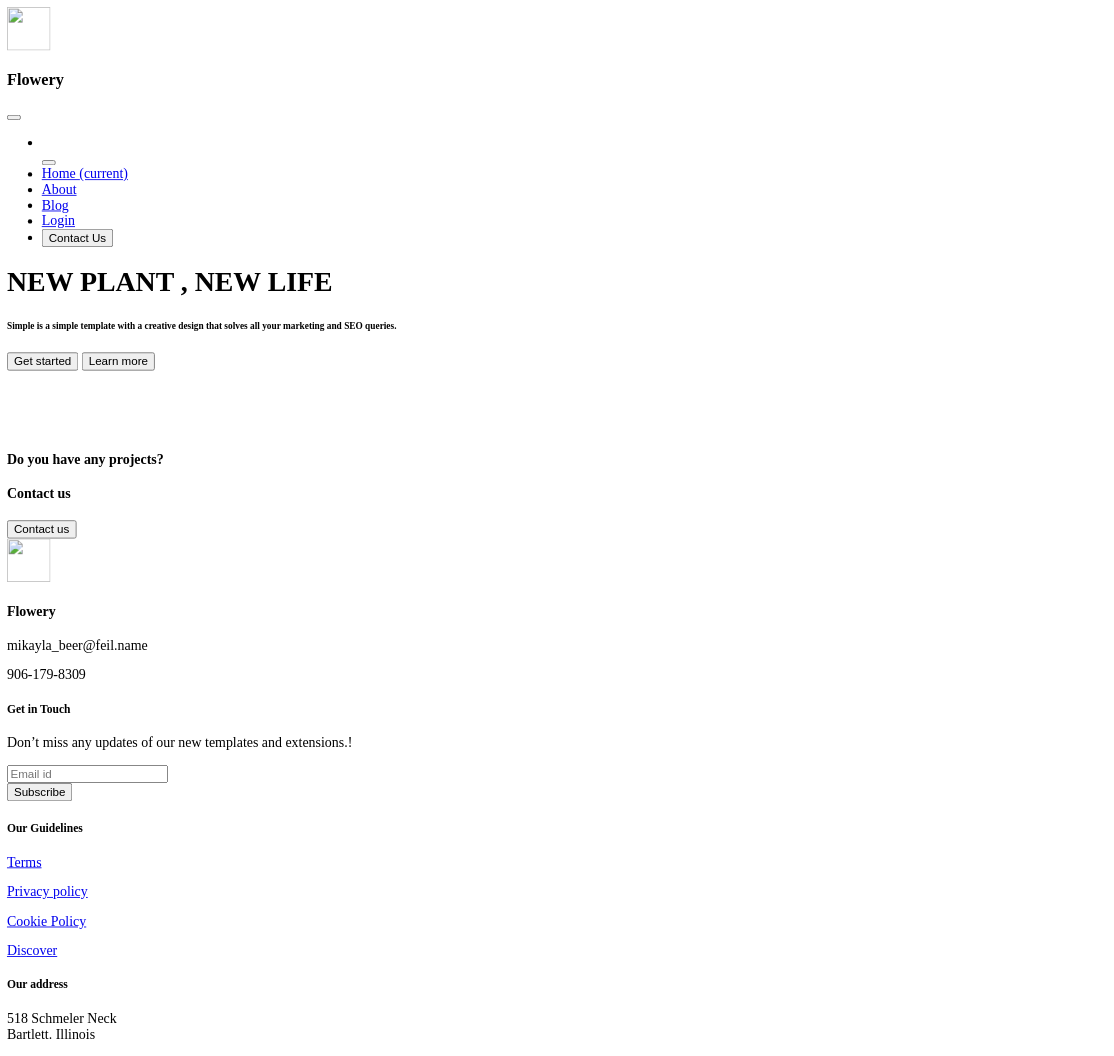
Repository: sara55m/Login
Page: http://localhost/welcome
The author's editor kept a copy of each file at every save. The page is drawn from the files as they stood at one save, then again after the next save.
The browser window is 1280 px wide. The pictures show the whole page, at 87% of full size.
The page is served by the project's Laravel application, run on PHP 8.4 with Laravel 10. Other server files are loaded and not shown.

Above is the page before, as saved 2024-03-03 22:23:06.

### routes/web.php
<?php

use Illuminate\Support\Facades\Route;
use App\Http\Controllers\RegisterController;
use App\Http\Controllers\LoginController;

/*
|--------------------------------------------------------------------------
| Web Routes
|--------------------------------------------------------------------------
|
| Here is where you can register web routes for your application. These
| routes are loaded by the RouteServiceProvider and all of them will
| be assigned to the "web" middleware group. Make something great!
|
*/

Route::get('/welcome', function () {
    return view('welcome');
});


Route::get('/register', [RegisterController::class,'create']);


Route::post('/register/store', [RegisterController::class,'store']);

Route::get('/login', [LoginController::class,'create']);

Route::post('/login/store', [LoginController::class,'store']);

### resources/views/welcome.blade.php
<!DOCTYPE html>
<html lang="en">
<head>
  <title>Simple landing page</title>
  <meta charset="UTF-8">
  <meta name="viewport" content="width=device-width, initial-scale=1.0">
  <meta http-equiv="X-UA-Compatible" content="ie=edge">
  {{-- <link rel="stylesheet" href="vendors/owl-carousel/css/owl.carousel.min.css">
  <link rel="stylesheet" href="vendors/owl-carousel/css/owl.theme.default.css">
  <link rel="stylesheet" href="vendors/mdi/css/materialdesignicons.min.css">
  <link rel="stylesheet" href="vendors/aos/css/aos.css"> --}}
  <link rel="stylesheet" href="css/style.min.css">
</head>
<body id="body" data-spy="scroll" data-target=".navbar" data-offset="100">
  <header id="header-section">
    <nav class="navbar navbar-expand-lg pl-3 pl-sm-0" id="navbar">
    <div class="container">
      <div class="navbar-brand-wrapper d-flex w-100">
        <img src="images/plant2.png" height="50" width="50"  alt="">
        <h3 class="nav-link">Flowery</h3>
        <button class="navbar-toggler ml-auto" type="button" data-toggle="collapse" data-target="#navbarSupportedContent" aria-controls="navbarSupportedContent" aria-expanded="false" aria-label="Toggle navigation">
          <span class="mdi mdi-menu navbar-toggler-icon"></span>
        </button>
      </div>
      <div class="collapse navbar-collapse navbar-menu-wrapper" id="navbarSupportedContent">
        <ul class="navbar-nav align-items-lg-center align-items-start ml-auto">
          <li class="d-flex align-items-center justify-content-between pl-4 pl-lg-0">
            <div class="navbar-collapse-logo">
              <img src="images/Group2.svg" alt="">
            </div>
            <button class="navbar-toggler close-button" type="button" data-toggle="collapse" data-target="#navbarSupportedContent" aria-controls="navbarSupportedContent" aria-expanded="false" aria-label="Toggle navigation">
              <span class="mdi mdi-close navbar-toggler-icon pl-5"></span>
            </button>
          </li>
          <li class="nav-item">
            <a class="nav-link" href="#header-section">Home <span class="sr-only">(current)</span></a>
          </li>
          <li class="nav-item">
            <a class="nav-link" href="#features-section">About</a>
          </li>
          <li class="nav-item">
            <a class="nav-link" href="#digital-marketing-section">Blog</a>
          </li>
          <li class="nav-item">
            <a class="nav-link" href="/login">Login</a>
          </li>
          <li class="nav-item btn-contact-us pl-4 pl-lg-0">
            <button class="btn btn-info" data-toggle="modal" data-target="#exampleModal">Contact Us</button>
          </li>
        </ul>
      </div>
    </div>
    </nav>
  </header>
  <div class="banner" >
    <div class="container">
      <h1 class="font-weight-semibold">NEW PLANT , NEW LIFE</h1>
      <h6 class="font-weight-normal text-muted pb-3">Simple is a simple template with a creative design that solves all your marketing and SEO queries.</h6>
      <div>
        <button class="btn btn-opacity-light mr-1">Get started</button>
        <button class="btn btn-opacity-success ml-1">Learn more</button>
      </div>
      <img src="images/Group171.svg" alt="" class="img-fluid">
    </div>
  </div>
  <br/>
  <br/>
  <br/>
  <div class="content-wrapper">
    <div class="container">
  <section class="contact-us" id="contact-section">
    <div class="contact-us-bgimage grid-margin" >
      <div class="pb-4">
        <h4 class="px-3 px-md-0 m-0" data-aos="fade-down">Do you have any projects?</h4>
        <h4 class="pt-1" data-aos="fade-down">Contact us</h4>
      </div>
      <div data-aos="fade-up">
        <button class="btn btn-rounded btn-outline-danger">Contact us</button>
      </div>
    </div>
  </section>

  <section class="contact-details" id="contact-details-section">
    <div class="row text-center text-md-left">
      <div class="col-12 col-md-6 col-lg-3 grid-margin ">
        <img src="images/plant2.png" height="50" width="50" alt="" class="pb-2">
        <h4 class="nav-link navbar-brand-wrapper d-flex">Flowery</h4>

        <div class="pt-2">

          <p class="text-muted m-0">mikayla_beer@feil.name</p>
          <p class="text-muted m-0">906-179-8309</p>
        </div>
      </div>
      <div class="col-12 col-md-6 col-lg-3 grid-margin">
        <h5 class="pb-2">Get in Touch</h5>
        <p class="text-muted">Don’t miss any updates of our new templates and extensions.!</p>
        <form>
          <input type="text" class="form-control" id="Email" placeholder="Email id">
        </form>
        <div class="pt-3">
          <button class="btn btn-dark">Subscribe</button>
        </div>
      </div>
      <div class="col-12 col-md-6 col-lg-3 grid-margin">
        <h5 class="pb-2">Our Guidelines</h5>
        <a href="#"><p class="m-0 pb-2">Terms</p></a>
        <a href="#" ><p class="m-0 pt-1 pb-2">Privacy policy</p></a>
        <a href="#"><p class="m-0 pt-1 pb-2">Cookie Policy</p></a>
        <a href="#"><p class="m-0 pt-1">Discover</p></a>
      </div>
      <div class="col-12 col-md-6 col-lg-3 grid-margin">
          <h5 class="pb-2">Our address</h5>
          <p class="text-muted">518 Schmeler Neck<br>Bartlett. Illinois</p>
          <div class="d-flex justify-content-center justify-content-md-start">
            <a href="#"><span class="mdi mdi-facebook"></span></a>
            <a href="#"><span class="mdi mdi-twitter"></span></a>
            <a href="#"><span class="mdi mdi-instagram"></span></a>
            <a href="#"><span class="mdi mdi-linkedin"></span></a>
          </div>
      </div>
    </div>
  </section>
    </div>
  </div>



  {{-- <script src="vendors/jquery/jquery.min.js"></script>
  <script src="vendors/bootstrap/bootstrap.min.js"></script>
  <script src="vendors/owl-carousel/js/owl.carousel.min.js"></script>
  <script src="vendors/aos/js/aos.js"></script> --}}
  <script src="js/landingpage.js"></script>
</body>
</html>

After the next save:
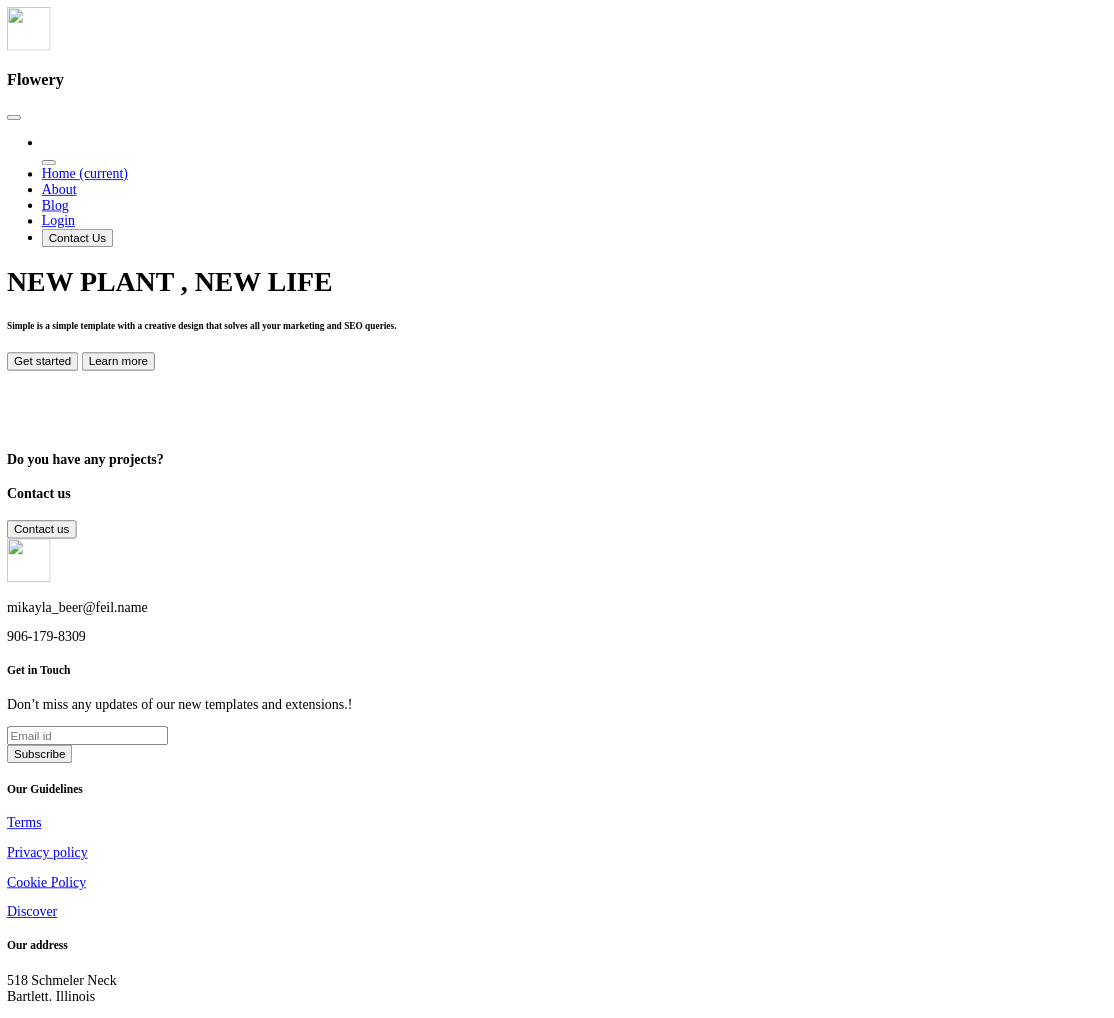
Saved 29 s later.
--- a/resources/views/welcome.blade.php
+++ b/resources/views/welcome.blade.php
@@ -84,7 +84,7 @@
     <div class="row text-center text-md-left">
       <div class="col-12 col-md-6 col-lg-3 grid-margin ">
         <img src="images/plant2.png" height="50" width="50" alt="" class="pb-2">
-        <h4 class="nav-link navbar-brand-wrapper d-flex">Flowery</h4>
+
 
         <div class="pt-2">
 
